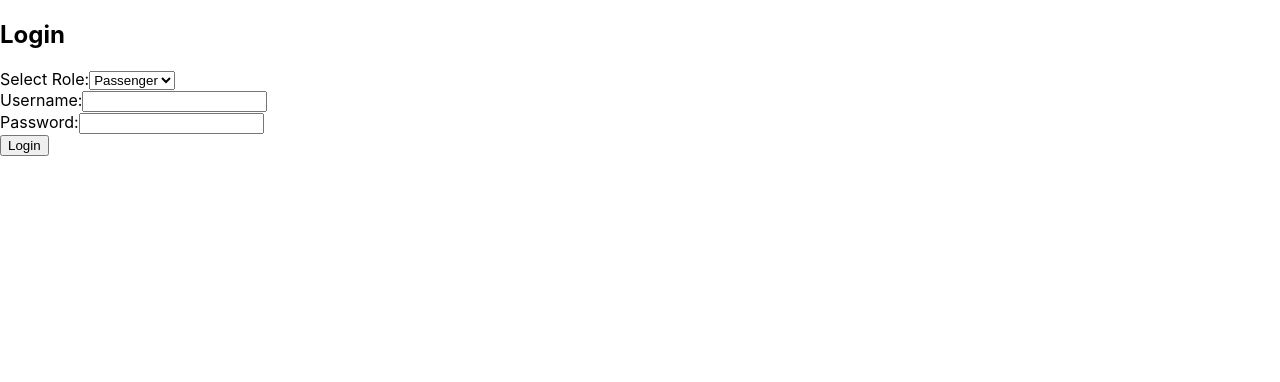
Repository: Shenes35/Booking-system
Page: / (app in frontend/)
An editor plug-in stored every save of this project. The page is shown before and after the next save, followed by the edit.
The browser window is 1280 px wide. The pictures show the whole page.
The project was rebuilt for these pictures with package versions that can differ from the ones it lists, and the page was loaded fresh each time. Also part of the build but not shown: frontend/src/components/ErrorBoundary.jsx.

Above is the page before, as saved 2025-05-19 16:34:36.

After the next save:
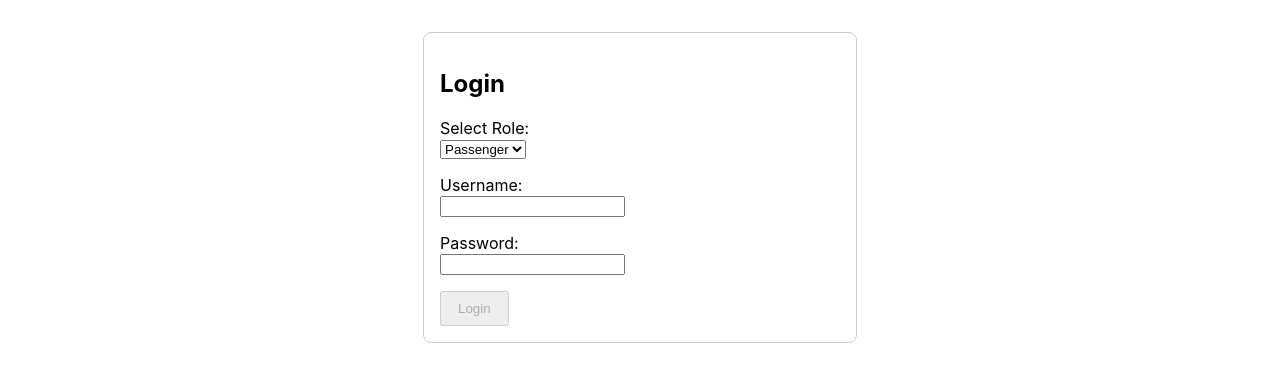
Saved 68 s later.
--- a/frontend/src/components/LoginPage.jsx
+++ b/frontend/src/components/LoginPage.jsx
@@ -7,45 +7,93 @@ const LoginPage = () => {
   const [role, setRole] = useState('passenger');
   const [username, setUsername] = useState('');
   const [password, setPassword] = useState('');
+  const [errors, setErrors] = useState({});
   const navigate = useNavigate();
+
+  const validate = () => {
+    const newErrors = {};
+    if (!username.trim()) newErrors.username = 'Username is required';
+    if (!password.trim()) newErrors.password = 'Password is required';
+    return newErrors;
+  };
 
   const handleSubmit = (e) => {
     e.preventDefault();
-    // simple mock validation: user/pass must not be empty
-    if (!username || !password) {
-      alert('Please enter username and password');
+    const validationErrors = validate();
+    if (Object.keys(validationErrors).length > 0) {
+      setErrors(validationErrors);
       return;
     }
+    setErrors({});
     login(role, username);
+    setPassword(''); // clear password field for security
+
     if (role === 'admin') navigate('/admin');
     else navigate('/passenger');
   };
 
   return (
-    <div>
+    <main style={{ maxWidth: '400px', margin: '2rem auto', padding: '1rem', border: '1px solid #ccc', borderRadius: '8px' }}>
       <h2>Login</h2>
-      <form onSubmit={handleSubmit}>
-        <label>
-          Select Role:
-          <select value={role} onChange={e => setRole(e.target.value)}>
+      <form onSubmit={handleSubmit} noValidate>
+        <div style={{ marginBottom: '1rem' }}>
+          <label htmlFor="role-select">Select Role:</label><br />
+          <select
+            id="role-select"
+            value={role}
+            onChange={e => setRole(e.target.value)}
+            aria-label="Select user role"
+          >
             <option value="admin">Admin</option>
             <option value="passenger">Passenger</option>
           </select>
-        </label>
-        <br />
-        <label>
-          Username:
-          <input value={username} onChange={e => setUsername(e.target.value)} />
-        </label>
-        <br />
-        <label>
-          Password:
-          <input type="password" value={password} onChange={e => setPassword(e.target.value)} />
-        </label>
-        <br />
-        <button type="submit">Login</button>
+        </div>
+
+        <div style={{ marginBottom: '1rem' }}>
+          <label htmlFor="username">Username:</label><br />
+          <input
+            id="username"
+            name="username"
+            type="text"
+            value={username}
+            onChange={e => setUsername(e.target.value)}
+            autoComplete="username"
+            aria-describedby="username-error"
+          />
+          {errors.username && (
+            <div id="username-error" style={{ color: 'red', fontSize: '0.875rem' }}>
+              {errors.username}
+            </div>
+          )}
+        </div>
+
+        <div style={{ marginBottom: '1rem' }}>
+          <label htmlFor="password">Password:</label><br />
+          <input
+            id="password"
+            name="password"
+            type="password"
+            value={password}
+            onChange={e => setPassword(e.target.value)}
+            autoComplete="current-password"
+            aria-describedby="password-error"
+          />
+          {errors.password && (
+            <div id="password-error" style={{ color: 'red', fontSize: '0.875rem' }}>
+              {errors.password}
+            </div>
+          )}
+        </div>
+
+        <button
+          type="submit"
+          disabled={!username.trim() || !password.trim()}
+          style={{ padding: '0.5rem 1rem', cursor: 'pointer' }}
+        >
+          Login
+        </button>
       </form>
-    </div>
+    </main>
   );
 };
 
